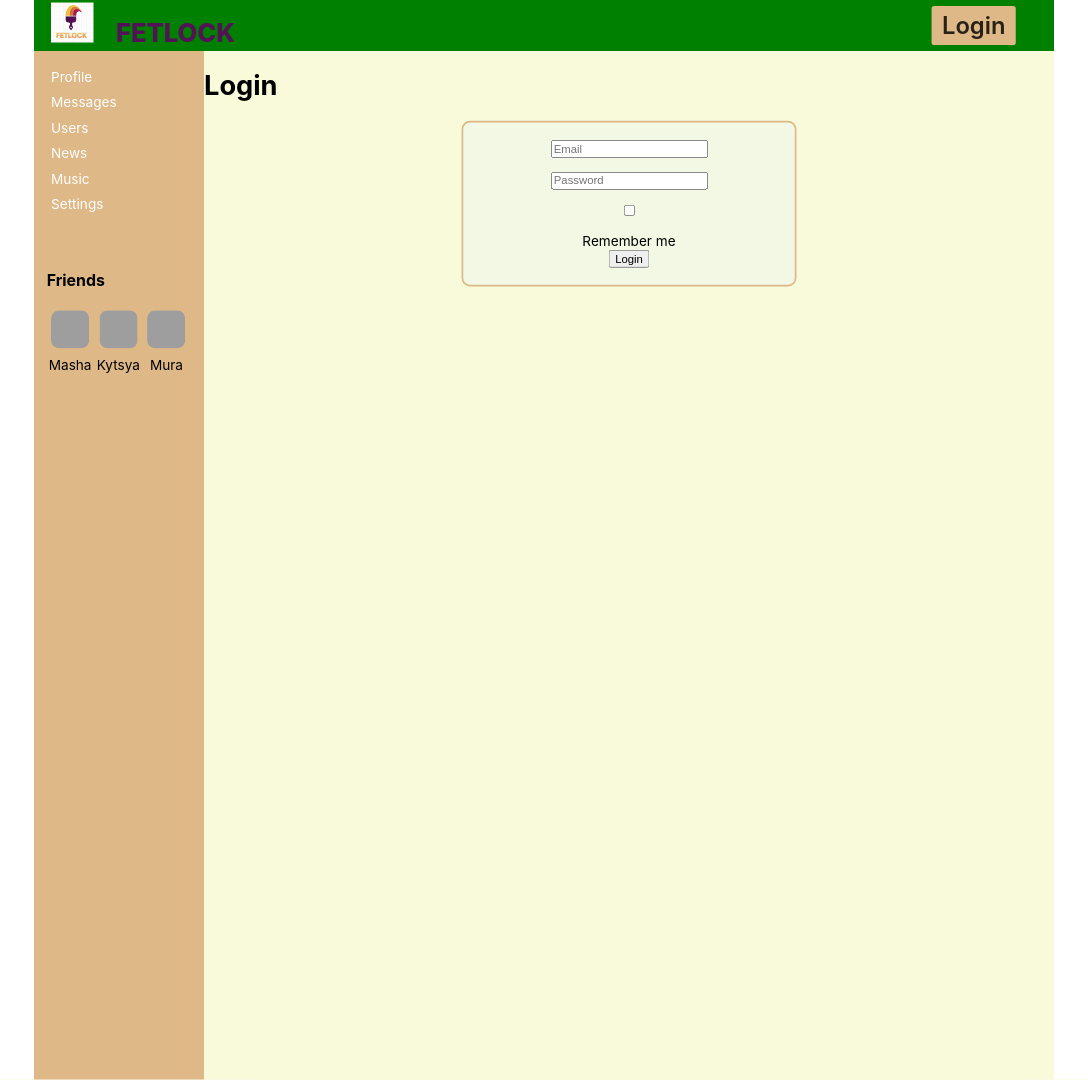
Repository: tetianatsymbal/react-way-of-samurai
Page: /login
The author's editor kept a copy of each file at every save. The page is drawn from the files as they stood at one save, then again after the next save.
The browser window is 1280 px wide. The pictures show the whole page, at 85% of full size.
Pictures or frames that could not be fetched are drawn as grey boxes. The page's requests for data from a server got no answer. The project was rebuilt for these pictures with package versions that can differ from the ones it lists, and the page was loaded fresh each time. No one was signed in, and anything a server would have sent is missing. Also part of the build but not shown: src/hoc/withAuthRedirect.js, src/components/Dialogs/Dialogs.module.css, src/components/Dialogs/DialogItem/DialogItem.module.css, src/components/Dialogs/DialogItem/DialogItem.jsx, src/components/Dialogs/Message/Message.module.css, src/components/Dialogs/Message/Message.jsx, src/components/Dialogs/AddMessageForm/AddMessageForm.module.css, src/components/Dialogs/AddMessageForm/AddMessageForm.jsx and 19 more.

Above is the page before, as saved 2022-08-22 14:09:27.

### src/index.js
import * as serviceWorker from "./serviceWorker";
import store from "./redux/redux-store";
import React from "react";
import ReactDOM from "react-dom";
import "./index.css";
import App from "./App";
import { BrowserRouter } from "react-router-dom";
import { Provider } from "react-redux";

ReactDOM.render(
  <BrowserRouter>
    <Provider store={store}>
      <App/>
    </Provider>
  </BrowserRouter>,
  document.getElementById("root")
);

// If you want your app to work offline and load faster, you can change
// unregister() to register() below. Note this comes with some pitfalls.
// Learn more about service workers: http://bit.ly/CRA-PWA
serviceWorker.unregister();

### src/redux/redux-store.js
import { applyMiddleware, combineReducers, legacy_createStore as createStore } from "redux";
import profileReducer from "./profile-reducer";
import dialogsReducer from "./dialogs-reducer";
import sidebarReducer from "./sidebar-reducer";
import usersReducer from "./users-reducer";
import authReducer from "./auth-reducer";
import thunkMiddleware from "redux-thunk";
import { reducer as formReducer } from 'redux-form';

let reducers = combineReducers({
   profilePage: profileReducer,
   dialogsPage: dialogsReducer,
   sidebar: sidebarReducer,
   usersPage: usersReducer,
   auth: authReducer,
   form: formReducer,
});
let store = createStore(reducers, applyMiddleware(thunkMiddleware));

window.store =store;

export default store;

### src/App.js
import React from "react";
import "./App.css";
import DialogsContainer from "./components/Dialogs/DialogsContainer";
import HeaderContainer from "./components/Header/HeaderContainer";
import Music from "./components/Music/Music";
import Navbar from "./components/Navbar/Navbar";
import News from "./components/News/News";
import Settings from "./components/Settings/Settings";
import SidebarContainer from "./components/Sidebar/SidebarContainer";
import UsersContainer from "./components/Users/UsersContainer";
import { Route, Routes } from "react-router-dom";
import ProfileContainer from "./components/Profile/ProfileContainer";
import LoginPage from "./components/Login/Login";

const App = (props) => {
  return (
    <div className="app-wrapper">
      <HeaderContainer />
      <Navbar />
      <SidebarContainer/>
      <div className="app-wrapper-content">
        <Routes>
          <Route
            path="/dialogs/*"
            element={<DialogsContainer />} />
          <Route
            path="/profile"
            element={<ProfileContainer key={1} />} exact/>
          <Route
            path="/profile/:userId"
            element={<ProfileContainer key={2} />} />
          <Route path="/users/*" element={<UsersContainer />} />
          <Route path="/news/*" element={<News />} />
          <Route path="/music/*" element={<Music />} />
          <Route path="/login/*" element={<LoginPage />} />ы
          <Route path="/settings/*" element={<Settings />} />

        </Routes>
      </div>
    </div>
  );
};

export default App;

### src/redux/profile-reducer.js
import {profileAPI, usersAPI} from '../api/api';

const ADD_POST = "ADD-POST";
const SET_USER_PROFILE = "SET_USER_PROFILE";
const SET_STATUS = "SET_STATUS";

let initialState = {
  posts: [
    { id: 1, message: "Hi! How are you?", likeCount: 12 },
    { id: 2, message: "Hello! It's my first post!", likeCount: 7 },
    { id: 3, message: "Hi! Have a good day!!!", likeCount: 23 },
    { id: 4, message: "Have a good day!!!", likeCount: 190 },
  ],
  profile: null,
  status: "",
};


const profileReducer = (state = initialState, action) => {
  switch (action.type) {
    case ADD_POST:{
      let newPost = {
        id: 5,
        message: action.newPostText,
        likeCount: 0,
      };
      return {
        ...state,
        posts: [...state.posts, newPost],
        newPostText: ""
      };
    }

    case SET_STATUS:{
      return {
        ...state,
        status: action.status,
      };
    }
    case SET_USER_PROFILE:{
      return {
        ...state,
        profile: action.profile,
      };
    }


    default:
      return state;
  }
};

export const addPostActionCreator = (newPostText) => ({type: ADD_POST, newPostText});
export const setUserProfile = (profile) => ({type: SET_USER_PROFILE, profile});
export const setStatus = (status) => ({type: SET_STATUS, status});

export const getUserProfileThunk = (userId) => {
  return (dispatch) => {
    usersAPI.getProfile(userId)
    .then(response => {
      dispatch(setUserProfile(response.data));
    });
  }
};

export const getStatusThunk = (userId) => (dispatch) => {
  profileAPI.getStatus(userId)
  .then(response => {
    dispatch(setStatus(response.data))
  });
}
export const updateStatusThunk = (status) => (dispatch) => {
  profileAPI.updateStatus(status)
  .then(response => {
    if(response.data.resultCode === 0) {
      dispatch(setStatus(status))
    }
  });
}

export default profileReducer;

### src/redux/dialogs-reducer.js
const SEND_MESSAGE = "SEND-MESSAGE";

let initialState = {
  messages: [
    { id: 1, message: "Do you like React?" },
    { id: 2, message: "Everything will be ok!" },
    { id: 3, message: "Hi here! It's new opportunity for you!" },
    { id: 4, message: "Hi! It's for you!" },
  ],
  dialogs: [
    { id: 1, name: "Tanya" },
    { id: 2, name: "Olezhychka" },
    { id: 3, name: "Kytsya" },
    { id: 4, name: "Mura" },
  ]
}
const dialogsReducer = (state = initialState, action) => {
  switch (action.type) {
    case SEND_MESSAGE:
      return {
        ...state,
        messages: [...state.messages, {id: 6, message: action.newMessageBody}]
      };

    default:
      return state;
  }
};

export const sendMessageActionCreator = (newMessageBody) => ({type: SEND_MESSAGE, newMessageBody});

export default dialogsReducer;

### src/redux/sidebar-reducer.js
let initialState = {
  friends: [
    {
      id: 1,
      name: "Masha",
      src:
        "https://i.pinimg.com/564x/69/f7/50/69f7503539aa89c9c116e9ae1b240b57.jpg",
    },
    {
      id: 2,
      name: "Kytsya",
      src:
        "https://i.pinimg.com/564x/10/5e/af/105eaf02df542edc165dca355862c08b.jpg",
    },
    {
      id: 3,
      name: "Mura",
      src:
        "https://i.pinimg.com/564x/a7/8c/b8/a78cb811d0a73b880364de2886ad41c6.jpg",
    }
  ]
};
const sidebarReducer = (state = initialState, action) => {
  return state;
};
export default sidebarReducer;

### src/redux/auth-reducer.js
import { stopSubmit } from "redux-form";
import { authAPI } from "../../src/api/api"

const SET_USER_DATA = "ADD-SET_USER_DATA";

let initialState = {
  id: null,
  email: null,
  login: null,
  isAuth: false
  // isFetching: false,
};


const authReducer = (state = initialState, action) => {
  switch (action.type) {
    case SET_USER_DATA:{
      return {
        ...state,
        ...action.payload
      }
    }



    default:
      return state;
  }
};

export const setAuthUserData = (id, email, login, isAuth) => ({type: SET_USER_DATA, payload: {id, email, login, isAuth}});

export const getAuthThunk = () => {
  return (dispatch) => {
    authAPI.getAuth()
    .then(data => {
        if (data.resultCode === 0) {
            let {id, email, login} = data.data;
            dispatch(setAuthUserData(id, email, login, true));
        }
    });
  }
};


export const login = (email, password, rememberMe) => (dispatch)=>{
  let action = stopSubmit("login", {_error: "Please, check your login or email."});
  dispatch(action);
  return;
  return (dispatch) => {
    authAPI.login(email, password, rememberMe)
    .then(data => {
        if (data.resultCode === 0) {
            dispatch(getAuthThunk());
        }
    });
  }
};

export const logout = () => (dispatch) => {
  return (dispatch) => {
    authAPI.logout()
    .then(data => {
        if (data.resultCode === 0) {
          dispatch(setAuthUserData(null, null, null, false));
        }
    });
  }
};



export default authReducer;

### src/App.css
.app-wrapper {
  margin: 0 auto;
  display: grid;
  width: 1200px;
  grid-template-areas:
  "h h"
  "n c"
  "s c";

   grid-template-rows: 60px 2fr 9fr;
    grid-template-columns: 2fr 10fr;
    /* grid-gap: 10px; */

}
.nav {
  grid-area: n;
  background-color: burlywood;
}
.app-wrapper-content {
  grid-area: c;
  background-color: rgb(248, 250, 218);
}
.sidebar {
  grid-area: s;
}

### src/components/Dialogs/DialogsContainer.jsx
import React from 'react';
import { connect } from "react-redux";
import { compose } from 'redux';
import { withAuthRedirect } from "../../hoc/withAuthRedirect";
import {sendMessageActionCreator} from "../../redux/dialogs-reducer";
import Dialogs from "./Dialogs";

let mapStateToProps = (state) => {
  return {
    dialogsPage: state.dialogsPage
  }
}

let mapDispatchToProps = (dispatch) => {
  return {
    sendMessage: (newMessageBody) => {
      dispatch(sendMessageActionCreator(newMessageBody));
    }
  }
}

// let AuthRedirectComponent = withAuthRedirect(Dialogs);

// const DialogsContainer = connect(mapStateToProps, mapDispatchToProps)(AuthRedirectComponent);

export default compose(
  connect(mapStateToProps, mapDispatchToProps),
  withAuthRedirect
)(Dialogs);
// check maybe should be DialogsContainer in () 32 row

### src/components/Header/HeaderContainer.jsx
import React from 'react';
import Header from './Header';
import { connect } from 'react-redux';
import { getAuthThunk, logout } from '../../redux/auth-reducer';


class HeaderContainer extends React.Component {

    componentDidMount(){
        this.props.getAuthThunk();

    }
    render() {
        return <Header {...this.props}/>
    }
}

const mapStateToProps = (state) => {
    return {
        isAuth: state.auth.isAuth,
        login: state.auth.login
    }
};

export default connect(mapStateToProps, {getAuthThunk, logout})(HeaderContainer);

### src/components/Navbar/Navbar.jsx
import React from 'react';
import s from './Navbar.module.css';
import { NavLink } from 'react-router-dom';

const Navbar = () => {
    return <nav className={s.nav}>
        <div className={s.item}>
            <NavLink to="/profile" className = { navData => navData.isActive ? s.active : s.item }>Profile</NavLink>
        </div>
        <div className={`${s.item} ${s.active}`}>
            <NavLink to="/dialogs" className = { navData => navData.isActive ? s.active : s.item }>Messages</NavLink>
        </div>
        <div className={s.item}>
            <NavLink to="/users" className = { usersData => usersData.isActive ? s.active : s.item }>Users</NavLink>
        </div>
        <div className={s.item}>
            <NavLink to="/news" className = { navData => navData.isActive ? s.active : s.item }>News</NavLink>
        </div>
        <div className={s.item}>
            <NavLink to="/music" className = { navData => navData.isActive ? s.active : s.item }>Music</NavLink>
        </div>
        <div className={s.item}>
            <NavLink to="/settings" className = { navData => navData.isActive ? s.active : s.item }>Settings</NavLink>
        </div>
    </nav>
}

export default Navbar;

### src/components/Sidebar/SidebarContainer.jsx
import {connect} from "react-redux";
import Sidebar from "./Sidebar"

const mapStateToProps = (state) => {
  return {
    sidebar: state.sidebar,
  }
};
// const mapDispatchToProps = (dispatch) => {
//   return {
//     null
//   }
// };

const SidebarContainer = connect(mapStateToProps, null)(Sidebar)

export default SidebarContainer;

### src/components/Login/Login.jsx
import React from "react";
import { connect } from "react-redux";
import { Field, reduxForm } from "redux-form";
import { required } from "../../utils/validators/validator";
import { Input } from "../common/FormsControls/FormsControls";
import { login } from "../../redux/auth-reducer";
import { Navigate } from "react-router-dom";
import style from "./../common/FormsControls/FormsControls.module.css"

const LoginForm = (props) => {
  return (
   <form onSubmit={props.handleSubmit} className={style.loginForm}>
      <div>
         <Field placeholder={"Email"} name={"email"} component={Input} validate={[required]}/>
      </div>
      <div>
         <Field placeholder={"Password"} name={"password"} component={Input} validate={[required]} type="password"/>
      </div>
      <div>
         <Field name={"rememberMe"} type={"checkbox"} component={Input} /> <span>Remember me</span>
      </div>
      { props.error && <div className={style.formSummaryError}>{props.error}</div>}
      <div>
         <button>Login</button>
      </div>
   </form>

  );
};
const LoginReduxForm = reduxForm ({form: 'login'})(LoginForm);

const Login = (props) => {
   const onSubmit = (formData) =>{
      props.login(formData.email, formData.password, formData.rememberMe);
   }
   if (props.isAuth) {
      return <Navigate to= {"/profile"}></Navigate>
   }
   return (
     <div className="loginBlock">
       <h1>Login</h1>
      <LoginReduxForm onSubmit={onSubmit}/>
     </div>
   );
 };
 const mapStateToProps = (state) =>({
   isAuth: state.auth.isAuth
 })
export default connect(mapStateToProps, {login })(Login);

### src/api/api.js
import * as axios from "axios";

const axiosInstance = axios.create({
  baseURL: `https://social-network.samuraijs.com/api/1.0/`,
  withCredentials: true,
  headers: { "API-KEY": "8ac57bdd-335d-4484-97e6-aa82dc13f9bd" },
});

export const usersAPI = {
  getUsers(currentPage, pageSize) {
   return (
    axiosInstance.get(`users?page=${currentPage}&count=${pageSize}`)
     .then (response => response.data)
   );
  },
  deleteFollowing(userId) {
    return (
     axiosInstance.delete(`follow/${userId}`)
     .then (response => response.data)
    );
  },
  doFollowing(userId) {
    return (
     axiosInstance.post(`follow/${userId}`, {})
     .then (response => response.data)
    );
  },

  getProfile(userId) {
    console.warn("Obsolete method. Please use authAPI object");
    return profileAPI.getProfile(userId);
   },
};

export const profileAPI = {
  getProfile(userId) {
    return (
      axiosInstance.get(`profile/` + userId)
    );
  },
  getStatus(userId){
    return(
      axiosInstance.get(`profile/status/` + userId)
    );
  },
  updateStatus(status){
    return(
      axiosInstance.put(`profile/status`, {status: status})
    );
  },
};


export const authAPI = {
  getAuth() {
    return (
     axiosInstance.get(`auth/me`)
     .then (response => response.data)
    );
  },
  login(email, password, rememberMe = false) {
    return (
    axiosInstance.post(`auth/login`, {email, password, rememberMe})
    .then (response => response.data)
    );
  },
  logout() {
    return (
    axiosInstance.delete(`auth/login`)
    .then (response => response.data)
    );
  }
}

### src/components/Header/Header.jsx
import React from "react";
import s from "./Header.module.css";
import logo from "../../assets/logo.jpg";

const Header = (props) => {
  return (
    <header className={s.header}>
      <div className={s.label}>
        <img src={logo} />
        <span className={s.socialName}> FETLOCK </span>
      </div>
      <div className={s.loginBlock}>
      { props.isAuth
      ? <div> {props.login}  - <button onClick={props.logout}>Log out</button></div>
      : <a href="/login">Login</a> }
      </div>
    </header>
  );
};

export default Header;

### src/components/Navbar/Navbar.module.css

.nav {
  grid-area: n;
  background-color: burlywood;
  padding: 20px;
}
.item {
  color: white;
  text-decoration: none;
  margin-bottom: 10px;
}
.active {
  color: green;
  text-decoration: none;
}

### src/components/Sidebar/Sidebar.jsx
import React from "react";
import s from "./Sidebar.module.css";
import { NavLink } from "react-router-dom";

const Sidebar = (props) => {
  let path = "/dialogs/" + props.sidebar.friends.id;
  let friendsElements = props.sidebar.friends.map((f) => (
    <NavLink to={path}>
      <div className={s.friend}>
        <div>
          <img className={s.friendImg} src={f.src} />
        </div>
        <div>{f.name}</div>
      </div>
    </NavLink>
  ));

  return (
    <div className={s.sidebar}>
      <h3>Friends</h3>
      <div className={s.friends}>
        {friendsElements}
        <div />
      </div>
    </div>
  );
};

export default Sidebar;

### src/utils/validators/validator.js
export const required = (value) => {
 if (value) return undefined;
 return "Field is required";
}

export const maxLengthCreator = (maxLength) => (value) => {
 if (value.length > maxLength) {
   return `Max length is ${maxLength} symbols`;
  } return undefined;
}

### src/components/common/FormsControls/FormsControls.js
import React from "react";
import style from "./FormsControls.module.css";

export const FormControl = ({input, meta, ...props}) => {
   const hasError = meta.touched && meta.error;
   return (
      <div className={style.formControl + " " + (hasError? style.error : "")}>
         { hasError && <span>{meta.error}</span> }
         <div>
            {props.children}
         </div>
      </div>
   )
}
export const Textarea = (props) => {
   const {input, meta, ...restProps} = props;
   return <FormControl {...props}><textarea {...input} {...restProps}/></FormControl>

}
export const Input = (props) => {
   const {input, meta, ...restProps} = props;
   return <FormControl {...props}><input {...input} {...restProps}/></FormControl>
}

### src/components/common/FormsControls/FormsControls.module.css
.formControl{
margin-bottom: 15px;
}

.formControl.error input,
.formControl.error textarea {
   border: solid indianred 2px;
   margin-top: 10px;
}
.formControl.error span {
   color: indianred;
}
.loginBlock{
   margin: 0 auto;
   text-align: center;
   color: tan;
}
.loginForm {
   padding: 20px;
   width: 35%;
   text-align: center;
   margin: 0 auto;
   background-color: rgba(229, 241, 252, 0.3);
   border: burlywood 2px solid;
   border-radius: 10px;
}
.formSummaryError{
   width: 80%;
   border: 1px solid tomato;
   background-color: cornsilk;
   color: indianred;
   font-size: 16px;
   text-align: center;
   padding: 3px;
   margin: 20px auto;
}

### src/components/Header/Header.module.css
.header {
  grid-area: h;
  background-color: green;
  display: flex;
  justify-content: space-between;
  align-items: center;
}
.header img {
  width: 50px;
  margin: 0 20px;
}
.socialName{
  color: #541256;
  font-size: 30px;
  font-weight: 800;
  text-transform: uppercase;
  text-align: center;
}
.loginBlock {
  align-items: center;
  margin-right: 45px;
  color: blanchedalmond;
  font-size: 28px;
  font-weight: 600;
}
.loginBlock a {
  background-color: burlywood;
  color: #272118;
  border-radius: 3px;
  text-decoration: none;
  padding: 6px 12px;
  text-transform: all 500ms ease;
}
.loginBlock:hover a {
  background-color: #dba058;
}

### src/components/Sidebar/Sidebar.module.css
.sidebar {
  background-color: burlywood;
  padding: 20px 15px;
}
.friends {
 display: flex;
 flex-direction: row;
 justify-content: space-between;
}
.friends a {
  display: block;
  align-items: center;
  text-align: center;
  text-decoration: none;
  color: black;
}
.friendImg{
  width: 45px;
  height: 45px;
  border-radius: 10px;
  margin: 5px;
}
.friend {
}

Loaded but not shown: public/index.html (common file); src/serviceWorker.js (common file); src/index.css (common file); src/redux/users-reducer.js (186 lines, source omitted); src/components/Music/Music.module.css (no stored copy; drawn as an empty file); src/components/Profile/Profile.module.css (no stored copy; drawn as an empty file); src/components/Settings/Settings.module.css (no stored copy; drawn as an empty file)

After the next save:
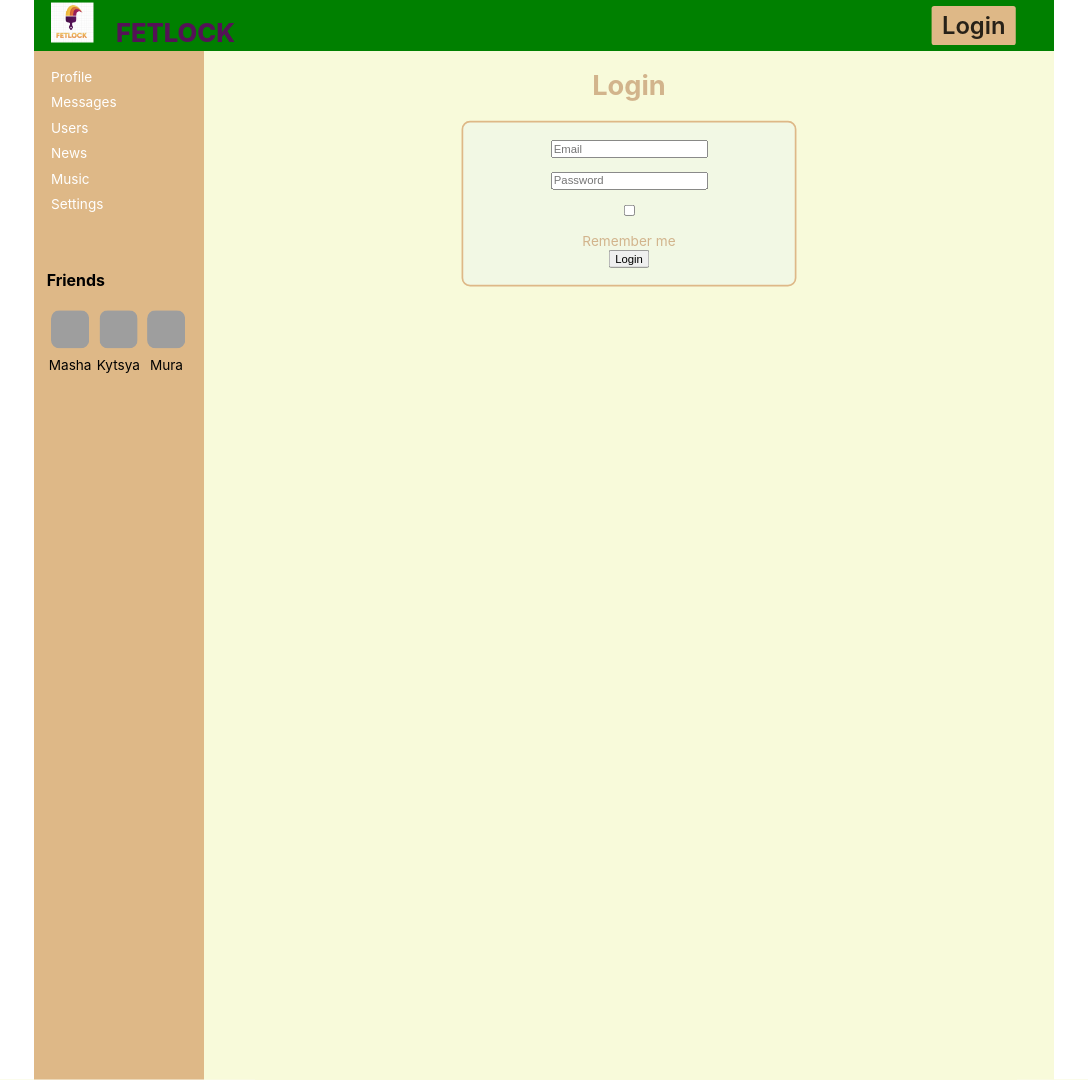
Saved 15 s later.
--- a/src/components/Login/Login.jsx
+++ b/src/components/Login/Login.jsx
@@ -37,7 +37,7 @@ const Login = (props) => {
       return <Navigate to= {"/profile"}></Navigate>
    }
    return (
-     <div className="loginBlock">
+     <div className={style.loginBlock}>
        <h1>Login</h1>
       <LoginReduxForm onSubmit={onSubmit}/>
      </div>
